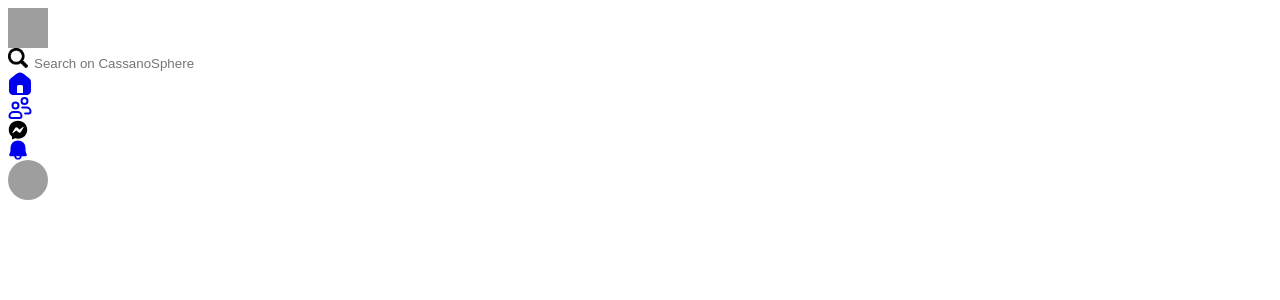
Repository: oafnghh/CassanoSphere
Page: http://localhost/CassanoSphere/www/home/includes/navBar.jsp
An editor plug-in stored every save of this project. The page is shown before and after the next save, followed by the edit.
The browser window is 1280 px wide. The pictures show the whole page.
Pictures or frames that could not be fetched are drawn as grey boxes. The page is served by Tomcat 9.

Above is the page before, as saved 2024-07-15 12:53:12.

After the next save:
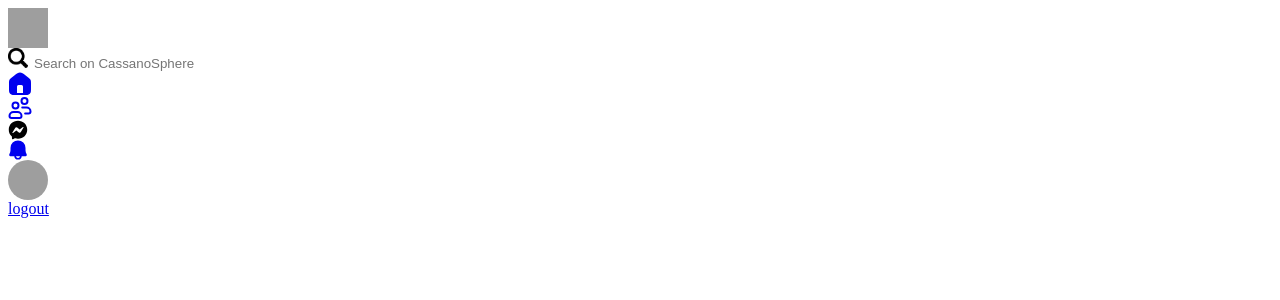
Saved 5 s later.
--- a/CassanoSphere/webapp/www/home/includes/navBar.jsp
+++ b/CassanoSphere/webapp/www/home/includes/navBar.jsp
@@ -94,5 +94,6 @@
 					xlink:href="https://scontent.fdad1-1.fna.fbcdn.net/v/t1.30497-1/143086968_2856368904622192_1959732218791162458_n.png?stp=cp0_dst-png_p40x40&amp;_nc_cat=1&amp;ccb=1-7&amp;_nc_sid=136b72&amp;_nc_eui2=AeFLP6jCsUru6VbhuODeu7BQso2H55p0AlGyjYfnmnQCURNQnTWOiHupy-mt504U4i6kgJ8fGXGVOVKt8zwAs5lq&amp;_nc_ohc=qj3fwGIe_3cQ7kNvgF2ztif&amp;_nc_ht=scontent.fdad1-1.fna&amp;oh=00_AYA1IcsQJRy8Jw1g5MUupb8F9z4Q9kOY9SdPvhhYHk_kLg&amp;oe=66BC1CB8"></image>
 			</g></svg>
 		</div>
+		<a href="logout">logout</a>
 	</div>
 </div>
